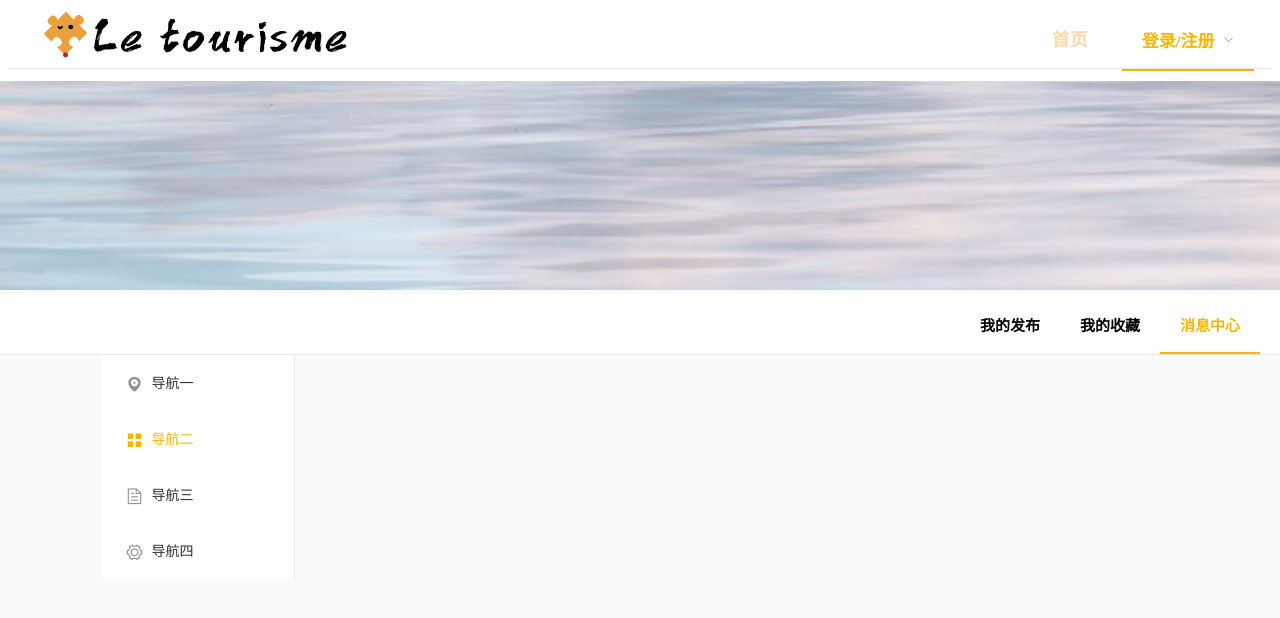
Repository: linxuerou0129/2020.08.31
Page: /Message
An editor plug-in stored every save of this project. The page is shown before and after the next save, followed by the edit.
The browser window is 1280 px wide. The pictures show the whole page.
The page's requests for data from a server got no answer. The project was rebuilt for these pictures with package versions that can differ from the ones it lists, and the page was loaded fresh each time. No one was signed in, and anything a server would have sent is missing. Also part of the build but not shown: src/views/Home.vue.

Above is the page before, as saved 2020-08-29 22:39:46.

After the next save:
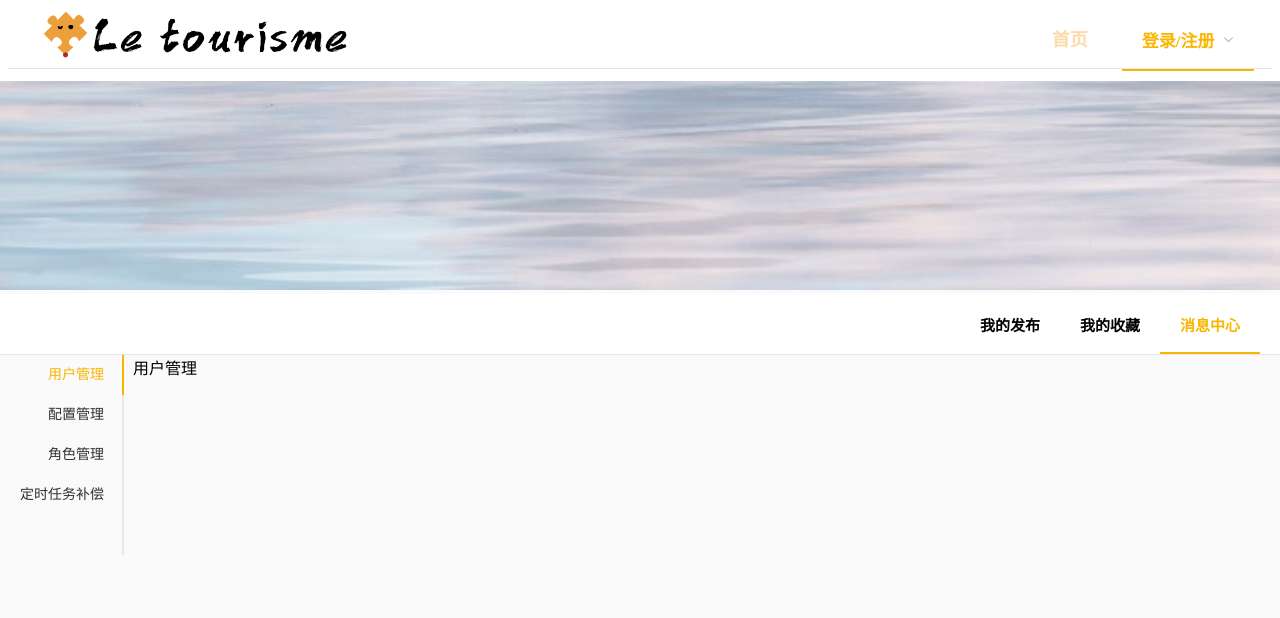
Saved 4 min 57 s later.
--- a/src/views/Message.vue
+++ b/src/views/Message.vue
@@ -14,28 +14,12 @@
         <el-menu-item index="/Message" class="head1"><strong>消息中心</strong></el-menu-item>
     </el-menu>
     <div class="body">
-        <el-menu
-        default-active="2"
-        class="left">
-        <el-menu-item index="1">
-            <template slot="title">
-            <i class="el-icon-location"></i>
-            <span>导航一</span>
-            </template>
-        </el-menu-item>
-        <el-menu-item index="2">
-            <i class="el-icon-menu"></i>
-            <span slot="title">导航二</span>
-        </el-menu-item>
-        <el-menu-item index="3">
-            <i class="el-icon-document"></i>
-            <span slot="title">导航三</span>
-        </el-menu-item>
-        <el-menu-item index="4">
-            <i class="el-icon-setting"></i>
-            <span slot="title">导航四</span>
-        </el-menu-item>
-        </el-menu>
+        <el-tabs tab-position="left" style="height: 200px;">
+            <el-tab-pane label="用户管理">用户管理</el-tab-pane>
+            <el-tab-pane label="配置管理">配置管理</el-tab-pane>
+            <el-tab-pane label="角色管理">角色管理</el-tab-pane>
+            <el-tab-pane label="定时任务补偿">定时任务补偿</el-tab-pane>
+        </el-tabs>
     </div>
 </div>
 </template>
@@ -70,10 +54,6 @@ export default {
 </script>
 
 <style scoped>
-.left{
-    width: 15%;
-    margin-left: 8%;
-}
 .head1{
   position: relative;
   left: 75%;
